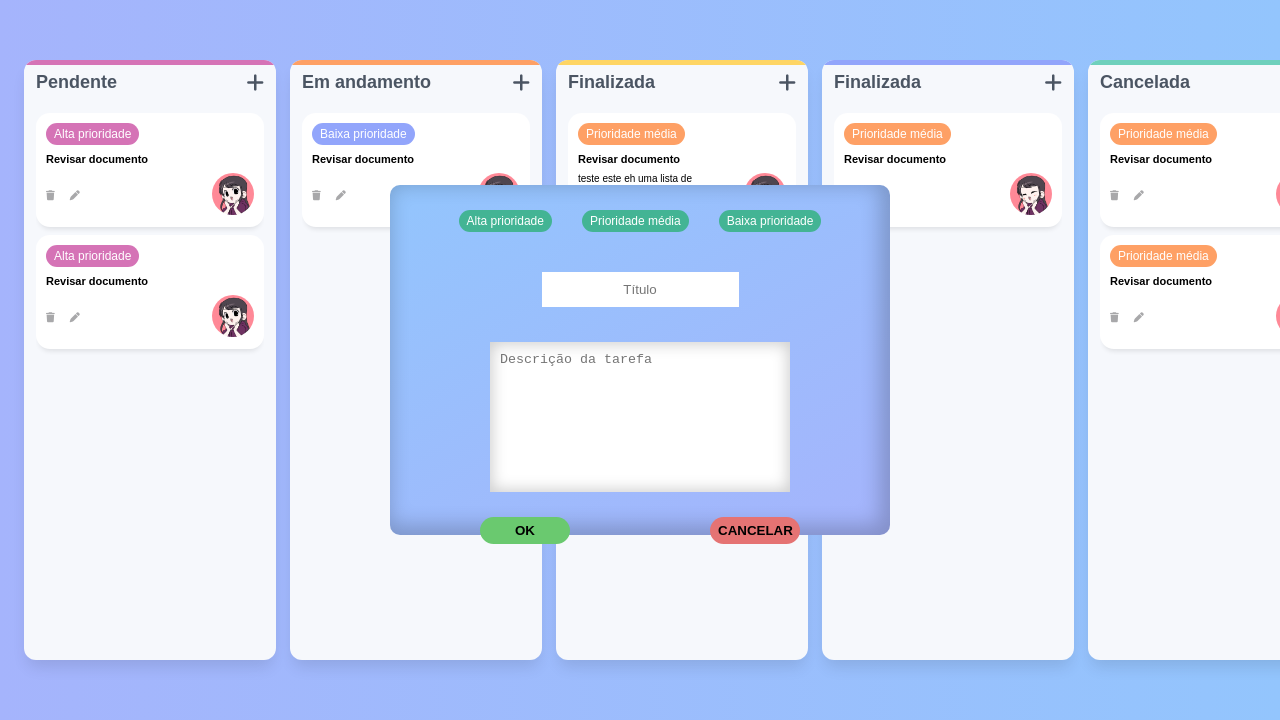
Repository: Marinalr-25/ProjetoToDoList
Page: index.html
An editor plug-in stored every save of this project. The page is shown before and after the next save, followed by the edit.
The browser window is 1280 px wide. The pictures show the whole page.
Some web fonts or font styles are not loaded; a fallback is used. Some web libraries are served in a nearby version.

Above is the page before, as saved 2024-11-01 12:46:24.

After the next save:
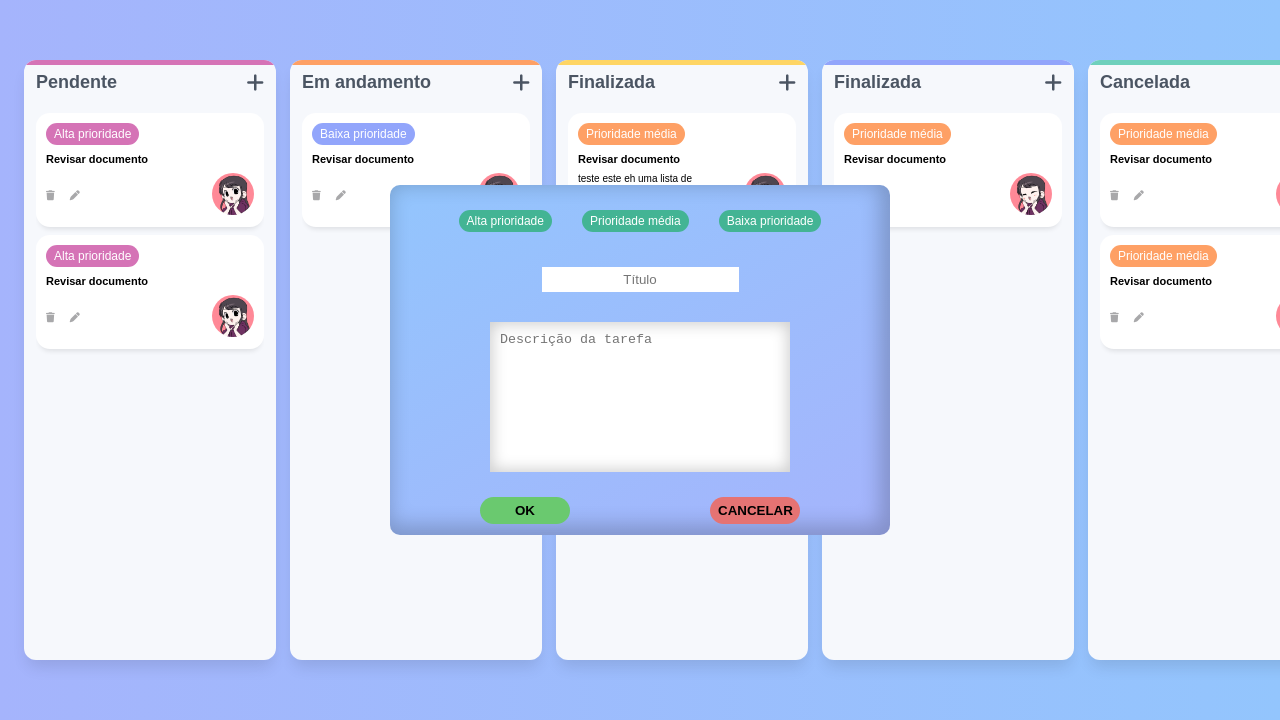
Saved 10 s later.
--- a/css/style.css
+++ b/css/style.css
@@ -239,7 +239,7 @@ label:hover {
   justify-content: center;
   border: 0;
   resize: none;
-  padding: 1rem;
+  padding: 0.5rem 1rem;
 }
 
 .title::placeholder {
